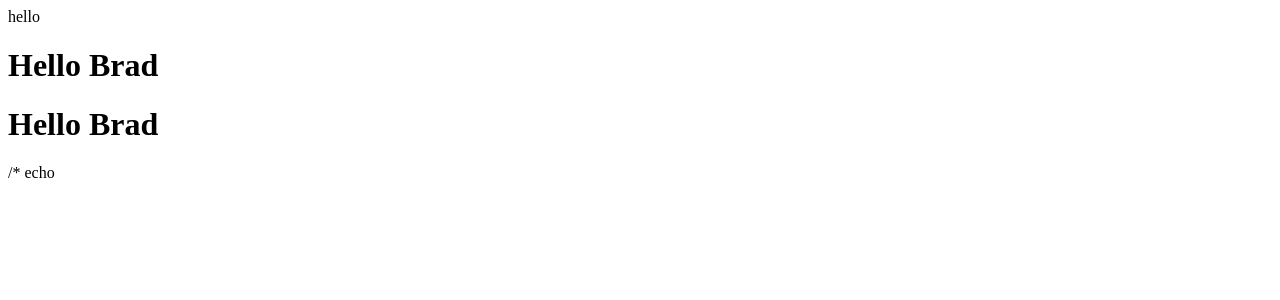
Repository: Matiss1337/PHP
Page: http://localhost/01_output.php
These files come from the project's save history. The page is drawn as it stood at one moment and after the next save; the edit follows.
The browser window is 1280 px wide. The pictures show the whole page.
The page is run by PHP 8.4 with error messages shown; the project is at /var/www/html/.

Above is the page before, as saved 2023-02-14 10:02:49.

### 01_output.php
<?php
echo "hello";
?>

<!DOCTYPE html>
<html lang="en">

<head>
    <meta charset="UTF-8">
    <meta http-equiv="X-UA-Compatible" content="IE=edge">
    <meta name="viewport" content="width=device-width, initial-scale=1.0">
    <title>My PHP Website</title>
</head>

<body>
    <!-- You can output PHP including variables, etc -->
    <h1>Hello
        <?php echo 'Brad'; ?>
    </h1>
    <!-- You may only drop the semi-colon after a statement when the statement is followed immediately by a closing PHP tag ?>. -->
    <h1>Hello
        <?='Brad' ?>
    </h1>
</body>

</html>

/*
echo

After the next save:
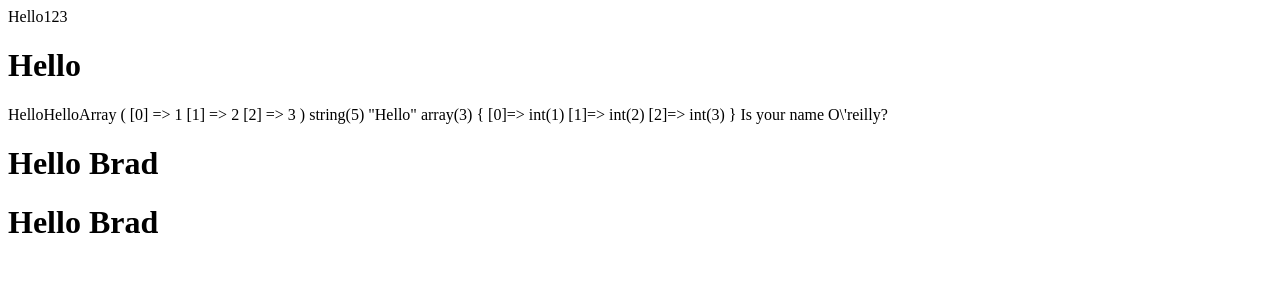
Saved 36 s later.
--- a/01_output.php
+++ b/01_output.php
@@ -1,29 +1,52 @@
-<?php
-echo "hello";
+<?php // This is a php tag. If there is no html or other content below the php, we don't need to close the php tag.
+
+/* ------- Outputting Content ------- */
+
+// Echo - Output strings, numbers, html, etc
+echo 'Hello';
+echo 123;
+echo '<h1>Hello</h1>';
+
+// print - Similar to echo, but a bit slower
+print 'Hello';
+
+// print_r - Gives a bit more info. Can be used to print arrays
+print_r('Hello');
+print_r([1, 2, 3]);
+
+// var_dump - Even more info like data type and length
+var_dump('Hello');
+var_dump([1, 2, 3]);
+
+// Escaping characters with a backslash
+echo "Is your name O\'reilly?";
+
+/* ------------ Comments ------------ */
+
+// This is a single line comment
+
+/*
+      * This is a multi-line comment
+      *
+      * It can be used to comment out a block of code
+      */
+
+// If there is more content after the PHP, such as this file, you do need the ending tag. Otherwise you do not.
 ?>
 
+<!-- You can output any HTML that you want within a .php file -->
 <!DOCTYPE html>
 <html lang="en">
-
 <head>
-    <meta charset="UTF-8">
-    <meta http-equiv="X-UA-Compatible" content="IE=edge">
-    <meta name="viewport" content="width=device-width, initial-scale=1.0">
-    <title>My PHP Website</title>
+  <meta charset="UTF-8">
+  <meta http-equiv="X-UA-Compatible" content="IE=edge">
+  <meta name="viewport" content="width=device-width, initial-scale=1.0">
+  <title>My PHP Website</title>
 </head>
-
 <body>
-    <!-- You can output PHP including variables, etc -->
-    <h1>Hello
-        <?php echo 'Brad'; ?>
-    </h1>
-    <!-- You may only drop the semi-colon after a statement when the statement is followed immediately by a closing PHP tag ?>. -->
-    <h1>Hello
-        <?='Brad' ?>
-    </h1>
+  <!-- You can output PHP including variables, etc -->
+  <h1>Hello <?php echo 'Brad'; ?></h1>
+  <!-- You may only drop the semi-colon after a statement when the statement is followed immediately by a closing PHP tag ?>. -->
+  <h1>Hello <?= 'Brad' ?></h1>
 </body>
-
 </html>
-
-/*
-echo
